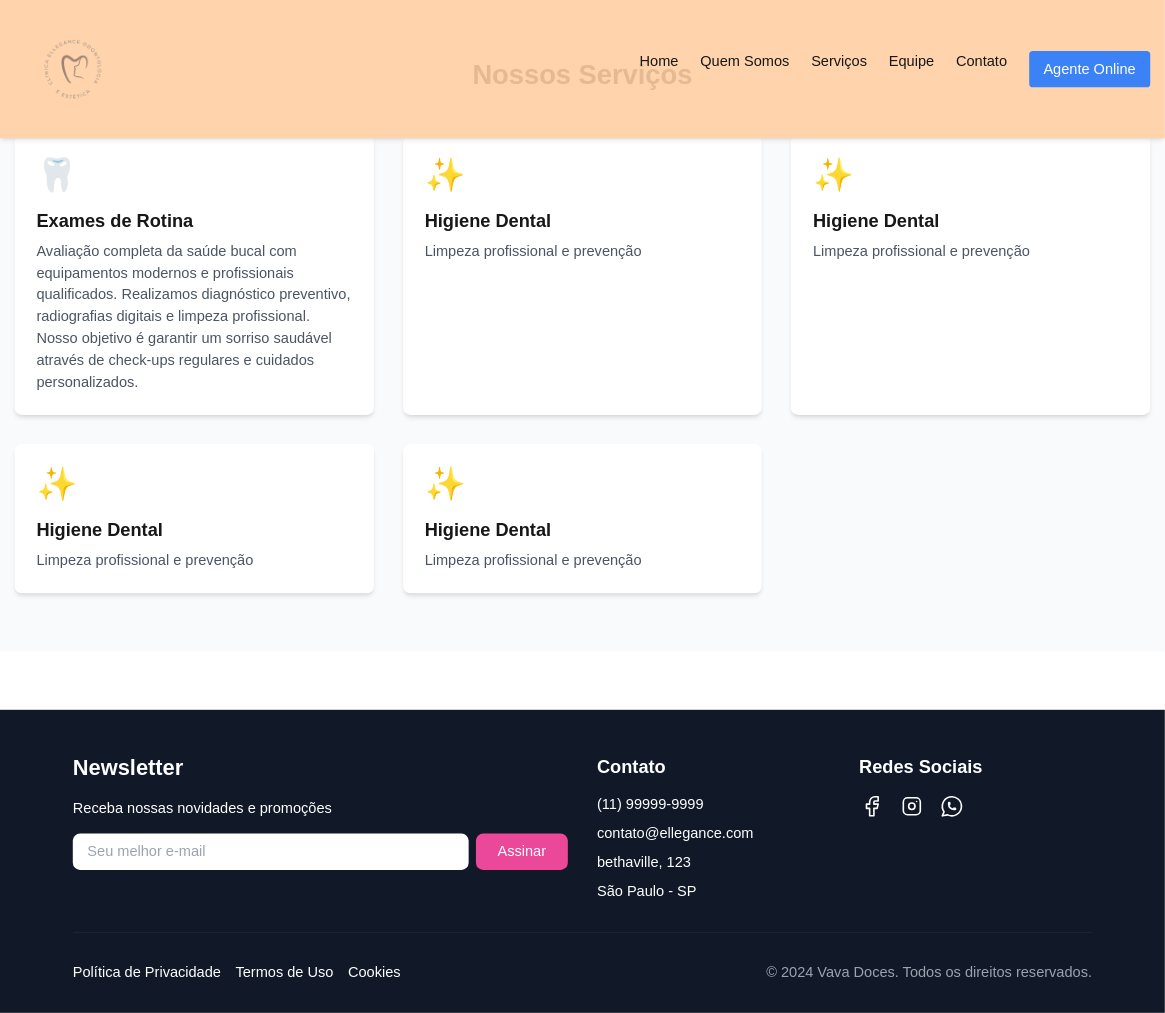
Repository: francisguitt/ellegance_odontologia
Page: /services_
An editor plug-in stored every save of this project. The page is shown before and after the next save, followed by the edit.
The browser window is 1280 px wide. The pictures show the whole page, at 91% of full size.
The project was rebuilt for these pictures with package versions that can differ from the ones it lists, and the page was loaded fresh each time. The framework's server and built-in components were replaced by stand-ins that run in the browser. Also part of the build but not shown: next.config.mjs.

Above is the page before, as saved 2025-02-22 12:40:51.

After the next save:
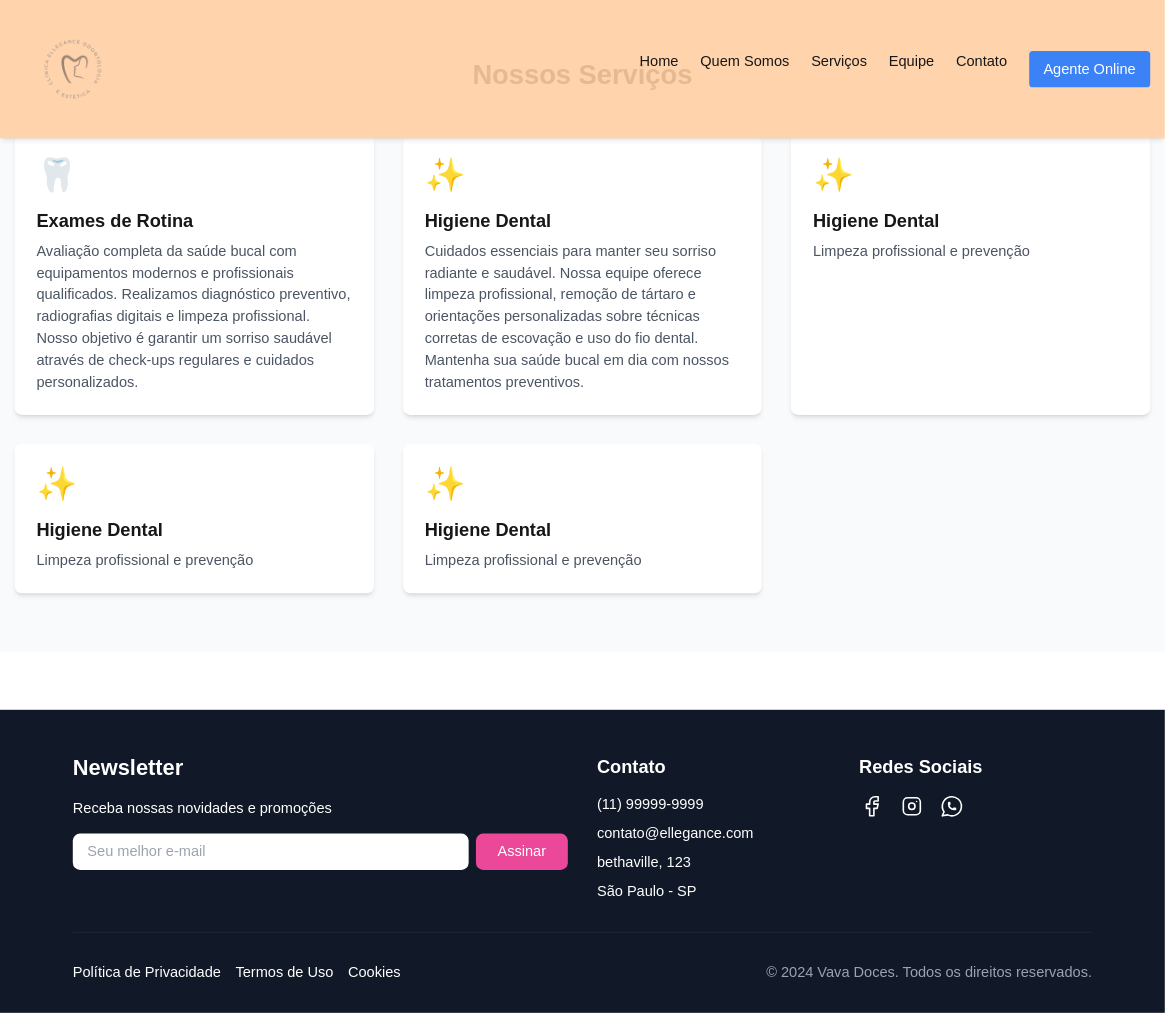
Saved 46 s later.
--- a/src/app/services_/page.tsx
+++ b/src/app/services_/page.tsx
@@ -7,7 +7,7 @@ const Services = () => {
       },
       {
         title: 'Higiene Dental',
-        description: 'Limpeza profissional e prevenção',
+        description: 'Cuidados essenciais para manter seu sorriso radiante e saudável. Nossa equipe oferece limpeza profissional, remoção de tártaro e orientações personalizadas sobre técnicas corretas de escovação e uso do fio dental. Mantenha sua saúde bucal em dia com nossos tratamentos preventivos.',
         icon: '✨'
       },
       {
